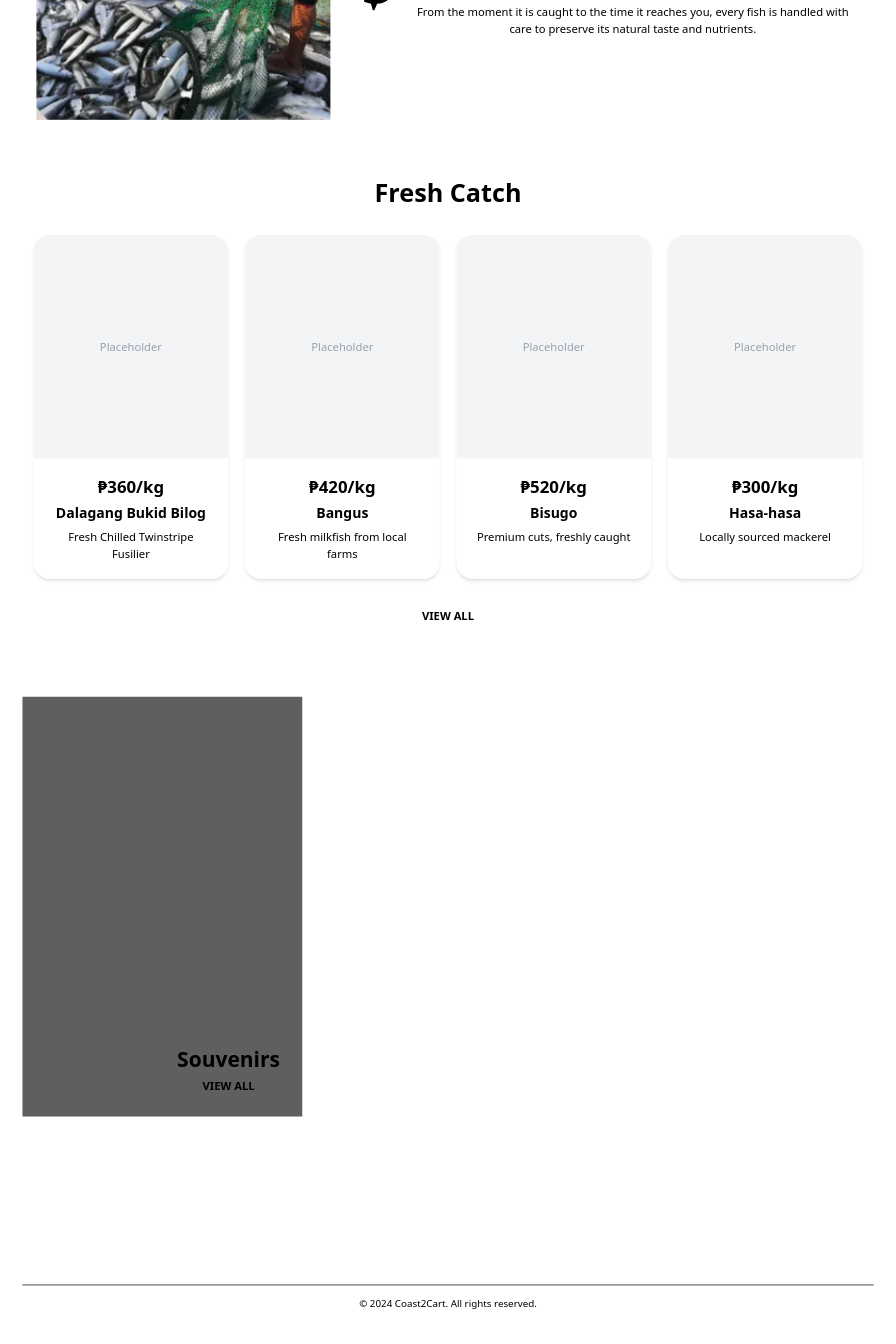
Repository: Coast2Card/coast2cart-frontend
Page: /
These files come from the project's save history. The page is drawn as it stood at one moment and after a run of saves; the edit follows.
The browser window is 1280 px wide. The pictures show the part of the page from y = 1873 to 3793 px (the page is 3793 px tall), at 70% of full size.
Pictures or frames that could not be fetched are drawn as grey boxes. The project was rebuilt for these pictures with package versions that can differ from the ones it lists, and the page was loaded fresh each time. Also part of the build but not shown: vite.config.js, src/pages/Seafood.jsx, src/pages/Souvenirs.jsx, src/pages/About.jsx, src/pages/Cart.jsx, src/pages/Profile.jsx, src/pages/Colors.jsx.

Above is the page before, as saved 2025-09-08 14:38:59.

After the next 2 saves:
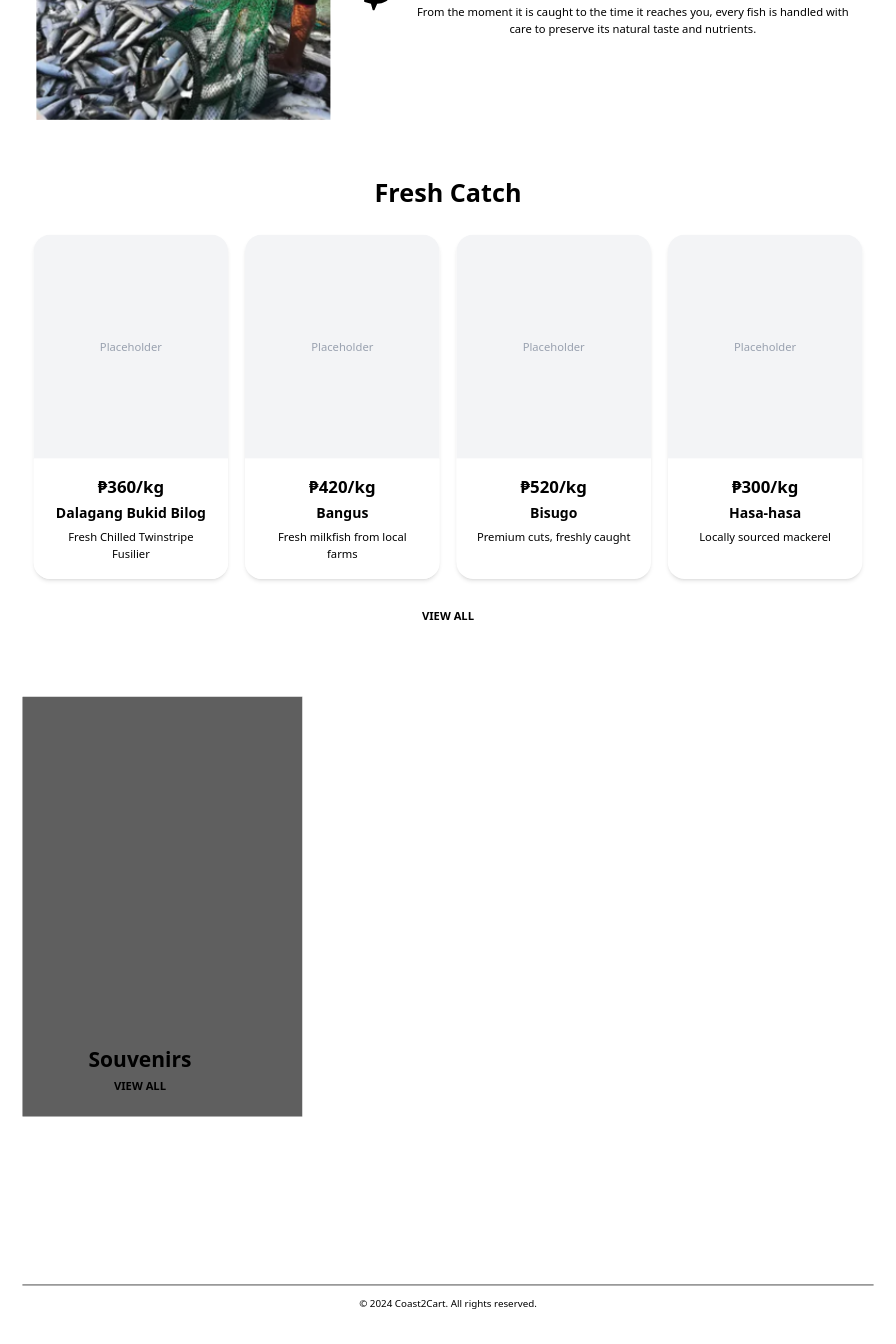
The 2 saves are shown as one change because they came seconds apart.
The last was saved 8 s later.
--- a/src/components/home/HomeSouvenirs.jsx
+++ b/src/components/home/HomeSouvenirs.jsx
@@ -9,7 +9,7 @@ const HomeSouvenirs = () => {
         <div className="absolute flex items-end justify-end p-6 px-8 inset-0 ">
           <div className="flex flex-col">
             <h2 className="text-3xl font-bold text-secondary">Souvenirs</h2>
-            <CustomButton text="View All" className="px-2" />
+            <CustomButton text="View All" className="px-2 w-100" />
           </div>
         </div>
         <img
